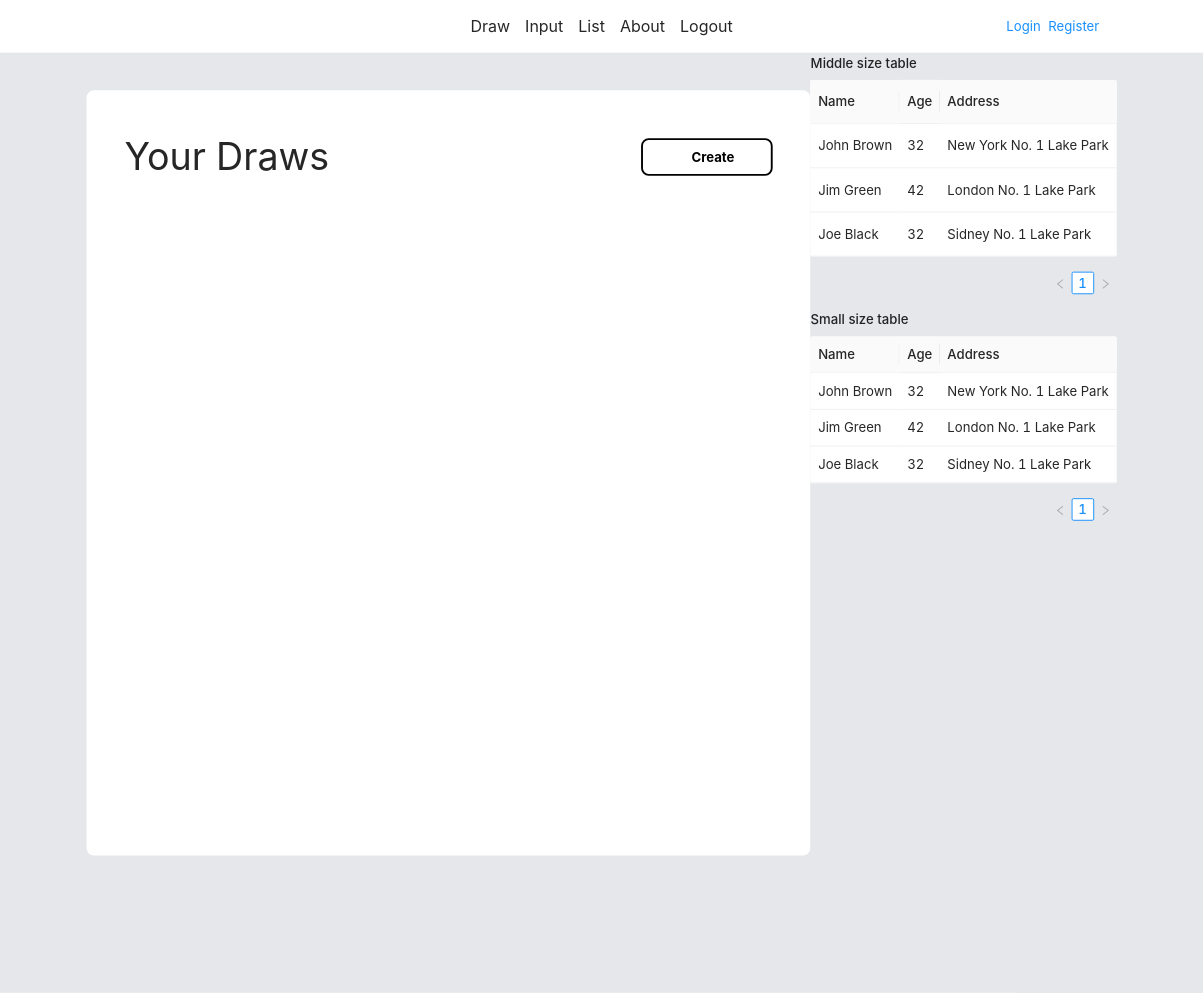
Repository: truongnguyenuit/DrawApp
Page: /draw/list (app in client/)
The author's editor kept a copy of each file at every save. The page is drawn from the files as they stood at one save, then again after a run of saves.
The browser window is 1280 px wide. The pictures show the whole page, at 94% of full size.
The page's requests for data from a server got no answer. The project was rebuilt for these pictures with package versions that can differ from the ones it lists, and the page was loaded fresh each time. The framework's server and built-in components were replaced by stand-ins that run in the browser. No one was signed in, and anything a server would have sent is missing. Also part of the build but not shown: client/next.config.js.

Above is the page before, as saved 2022-08-20 16:46:16.

### client/pages/_app.js
import '../styles/globals.css'
import 'antd/dist/antd.css'
import Layout from '../components/Layout'
import AuthContextProvider from '../contexts/authContext'
import DrawContextProvider from '../contexts/drawContext'

function MyApp({ Component, pageProps }) {
  return (
    <DrawContextProvider>
      <AuthContextProvider>
        <Layout>
          <Component {...pageProps} />
        </Layout>
      </AuthContextProvider>
    </DrawContextProvider>
  )
}

export default MyApp

### client/pages/draw/list.js
import React from 'react'
import { Table } from "antd"

const columns = [
  {
    title: 'Name',
    dataIndex: 'name',
  },
  {
    title: 'Age',
    dataIndex: 'age',
  },
  {
    title: 'Address',
    dataIndex: 'address',
  },
];
const data = [
  {
    key: '1',
    name: 'John Brown',
    age: 32,
    address: 'New York No. 1 Lake Park',
  },
  {
    key: '2',
    name: 'Jim Green',
    age: 42,
    address: 'London No. 1 Lake Park',
  },
  {
    key: '3',
    name: 'Joe Black',
    age: 32,
    address: 'Sidney No. 1 Lake Park',
  },
];


const list = () => {
  return (
    <div className='flex justify-center bg-gray-200 h-[1000px]'>
      <div className="bg-white w-[770px] h-[814px] mt-[40px] flex flex-col items-center gap-0.5  p-10 rounded-lg">
        <div className='flex justify-between items-center w-full'>
          <span className="text-[40px] font-normal">Your Draws</span>
          <button className='bg-white font-bold w-[140px] h-[40px] text-black rounded-[8px] border-2 border-black'>
            <i className="fa-solid fa-file mr-3"></i>
            Create
          </button>
        </div>
      </div>
      <div>
        <h4>Middle size table</h4>
        <Table columns={columns} dataSource={data} size="middle" />
        <h4>Small size table</h4>
        <Table columns={columns} dataSource={data} size="small" />
      </div>

    </div>
  )
}

export default list

### client/components/Layout.js
import Head from 'next/head'
import NavbarMenu from './NavbarMenu'

const Layout = ({ children }) => (

	<div>
		<Head>
			<meta charset='UTF-8' />
			<meta http-equiv='X-UA-Compatible' content='IE=edge' />
			<meta name='viewport' content='width=device-width, initial-scale=1.0' />
			<title>Draw App</title>
      <script src="https://kit.fontawesome.com/cd2089affa.js" crossorigin="anonymous"></script>
		</Head>

		<header>
			<NavbarMenu />
		</header>

		<main>{children}</main>
	</div>
)

export default Layout

### client/contexts/authContext.js
import { createContext, useReducer, useEffect } from "react";
import setAuthToken from "../untils/setAuthToken";
import axios from 'axios'

export const AuthContext = createContext()

const authReducer = (state, action) => {

  const { type, payload: { isAuthenticated, user} } = action

  switch (type) {
    case 'SET_AUTH':
    {
      return {
        ...state,
        authLoading: false,
        isAuthenticated: isAuthenticated,
        user: user
      }
    }
    default:
    {
      return state
    }
  }
}

const AuthContextProvider = ({ children }) => {

  const [authState, dispatch] = useReducer(authReducer, {
    authLoading: true,
    isAuthenticated: false,
    user: null
  })

  useEffect(() => {
    loadUser()
    console.log(authState.isAuthenticated)
  }, [authState.isAuthenticated])

  //Authentication
  const loadUser = async () => {

    if (localStorage['LocalStorageTokenName']) {
      setAuthToken(localStorage['LocalStorageTokenName'])
      try {
        const response = await axios.get(`http://localhost:5000/api/auth`)
        if (response.data.success) {

          dispatch({
            type: 'SET_AUTH',
            payload: { isAuthenticated: true, user: response.data.user }
          })
        }
      } catch (error) {
        localStorage.removeItem('LocalStorageTokenName')
        setAuthToken(null)
        dispatch({
          type: 'SET_AUTH',
          payload: { isAuthenticated: false, user: null }
        })
      }
    }
    else {
      dispatch({
        type: 'SET_AUTH',
        payload: { isAuthenticated: false, user: null }
      })
    }
  }

  // Login
  const loginUser = async userForm => {
    try {

      const response = await axios.post(`http://localhost:5000/api/auth/login`, userForm)
      if (response.data.success)
        localStorage.setItem('LocalStorageTokenName', response.data.accessToken)

      await loadUser()
      return response.data

    } catch (error) {
      if (error.response.data) return error.response.data
      else return { success: false, message: error.message }
    }
  }

  // Register
  const registerUser = async userForm => {
    try {

      const response = await axios.post(`http://localhost:5000/api/auth/register`, userForm)
      if (response.data.success)
        localStorage.setItem('LocalStorageTokenName', response.data.accessToken)

      await loadUser()
      return response.data

    } catch (error) {
      if (error.response.data) return error.response.data
      else return { success: false, message: error.message }
    }
  }

  // Context data
  const authContextData = { authState, loginUser, registerUser}

  // Return provider
  return (
    <AuthContext.Provider value={authContextData}>
      {children}
    </AuthContext.Provider>
  )
}
export default AuthContextProvider

### client/contexts/drawContext.js
import { createContext, useReducer, useEffect } from 'react'

import axios from 'axios'

export const DrawContext = createContext()

export const drawReducer = (state, action) => {

  const { type, payload } = action

  switch (type) {
    case 'POSTS_LOADED_SUCCESS':
      return {
        ...state,
        posts: payload,
        postsLoading: false,
      }
    case 'ADD_BLOG':
      return {
        ...state,
        posts: [...state.posts, payload]
      }
    case 'UPDATE_POST':
      const newPosts = state.posts.map(post =>
        post._id === payload._id ? payload : post
      )
      return {
        ...state,
        posts: newPosts
      }

    default:
      return state

  }
}

const DrawContextProvider = ({ children }) => {
  // State
  const [drawState, dispatch] = useReducer(drawReducer, {
    post: null,
    posts: [],
    postsLoading: true
  })

  useEffect(() => {
    getDraws()
  }, [drawState.postsLoading])


  // Get user posts
  const getDraws = async () => {
    try {
      const response = await axios.get(`http://localhost:5000/api/posts`)
      if (response.data.success) {

        dispatch({
          type: 'POSTS_LOADED_SUCCESS',
          payload: response.data.posts
        })
      }
    } catch (error) {
      dispatch({ type: 'POSTS_LOADED_FAIL' })
    }
  }

  // Add post
  const addDraw = async newBlog => {
    try {
      const response = await axios.post(`http://localhost:5000/api/posts`, newBlog)
      if (response.data.success) {
        dispatch({
          type: 'ADD_POST',
          payload: { post: response.data.post }
        })
        return response.data
      }
    } catch (error) {
      return error.response.data
        ? error.response.data
        : { success: false, message: 'Server error' }
    }
  }

  // Update post
  const updateDraw = async updatedPost => {
    try {
      const response = await axios.put(
        `http://localhost:5000/api/posts/${updatedPost._id}`,
        updatedPost
      )
      if (response.data.success) {
        dispatch({ type: 'UPDATE_POST', payload: response.data.post })
        return response.data.message
      }
    } catch (error) {
      return error.response.data
        ? error.response.data
        : { success: false, message: 'Server error' }
    }
  }

  // Post context data
  const drawContextData = {
    drawState,
    addDraw,
    getDraws,
    updateDraw,

  }

  return (
    <DrawContext.Provider value={drawContextData}>
      {children}
    </DrawContext.Provider>
  )
}

export default DrawContextProvider

### client/components/NavbarMenu.js

import Link from 'next/link'
import { Row, Col } from "antd"

const NavigateRouter = [
  {
    path: '/draw/draw',
    name: "Draw",
  },
  {
    path: '/draw/input',
    name: "Input",
  },
  {
    path: '/draw/list',
    name: "List"
  },
  {
    path: '',
    name: "About"
  },
  {
    path: '',
    name: "Logout",
  }
];

const NavbarMenu = () => {
  return (
    <div className="bg-white">
      <Row >

        <Col span={6} className="h-14">
          <div className="flex justify-center items-center text-[20px] gap-2 h-14">
            <i className="fa-brands fa-facebook-square cursor-pointer"></i>
            <i className="fa-brands fa-twitter-square cursor-pointer"></i>
            <i className="fa-brands fa-instagram-square cursor-pointer"></i>
            <i className="fa-brands fa-pinterest-square cursor-pointer"></i>

          </div>
        </Col>

        <Col span={12} className="h-14">
          <nav>
            <ul className="flex justify-center items-center text-[17px] gap-4 h-14">
              {NavigateRouter.map((item, index) => {
                return (
                  <li key={index}>
                    <Link href={item.path} passHref>
                      <span className='cursor-pointer'>
                        {item.name}
                      </span>
                    </Link>
                  </li>
                );

              })}
            </ul>
          </nav>
        </Col>

        <Col span={6} className="h-14">
          <div className="flex justify-center items-center gap-2 h-14">
            <Link href={"/auth/login"}>
              Login
            </Link>
            <Link href={'/auth/register'}>
              Register
            </Link>
          </div>
        </Col>

      </Row>
    </div>
  )
}

export default NavbarMenu

### client/untils/setAuthToken.js
import axios from "axios";

const setAuthToken = token => {
  if (token) {
    axios.defaults.headers.common['Authorization'] = `Bearer ${token}`
  } else {
    delete axios.defaults.headers.common['Authorization']
  }
}

export default setAuthToken

Loaded but not shown: client/styles/globals.css (common file); client/tailwind.config.js (common file)

After the next 2 saves:
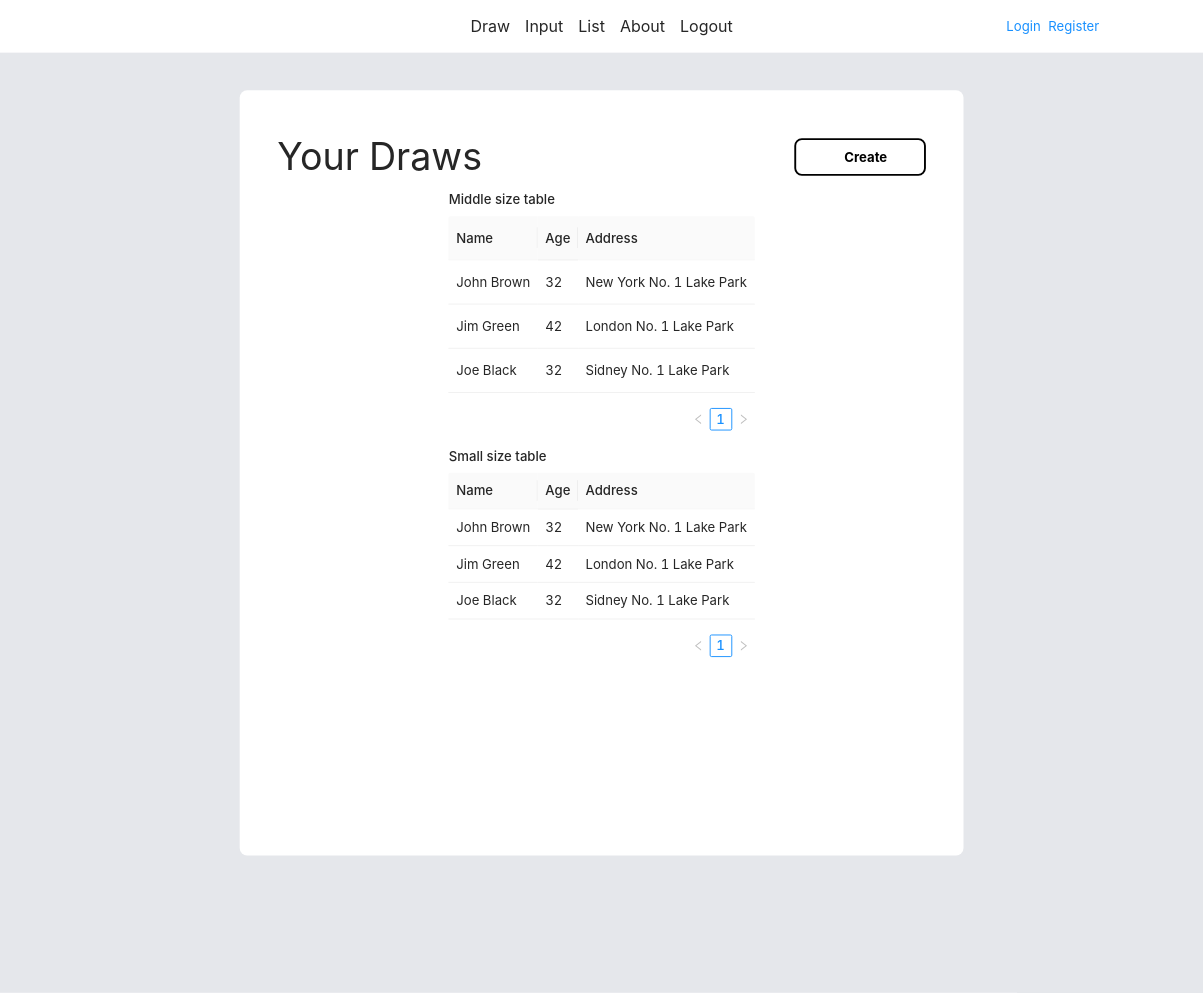
The 2 saves are shown as one change because they came seconds apart.
The last was saved 16 s later.
--- a/client/pages/draw/list.js
+++ b/client/pages/draw/list.js
@@ -48,13 +48,14 @@ const list = () => {
             Create
           </button>
         </div>
+        <div>
+          <h4>Middle size table</h4>
+          <Table columns={columns} dataSource={data} size="middle" />
+          <h4>Small size table</h4>
+          <Table columns={columns} dataSource={data} size="small" />
+        </div>
       </div>
-      <div>
-        <h4>Middle size table</h4>
-        <Table columns={columns} dataSource={data} size="middle" />
-        <h4>Small size table</h4>
-        <Table columns={columns} dataSource={data} size="small" />
-      </div>
+
 
     </div>
   )
